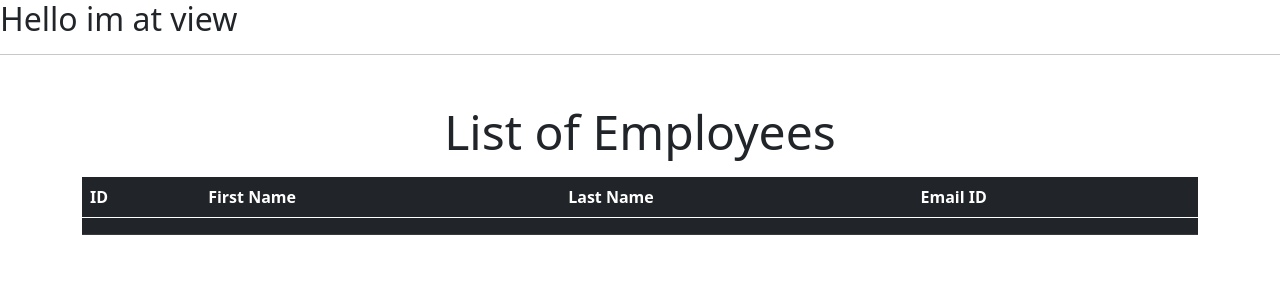
Repository: valletivarish/monojsp
Page: http://localhost/07-mvc-demo/student
The author's editor kept a copy of each file at every save. The page is drawn from the files as they stood at one save, then again after the next save.
The browser window is 1280 px wide. The pictures show the whole page.
The page is served by Tomcat 9.

Above is the page before, as saved 2024-07-16 07:36:14.

After the next save:
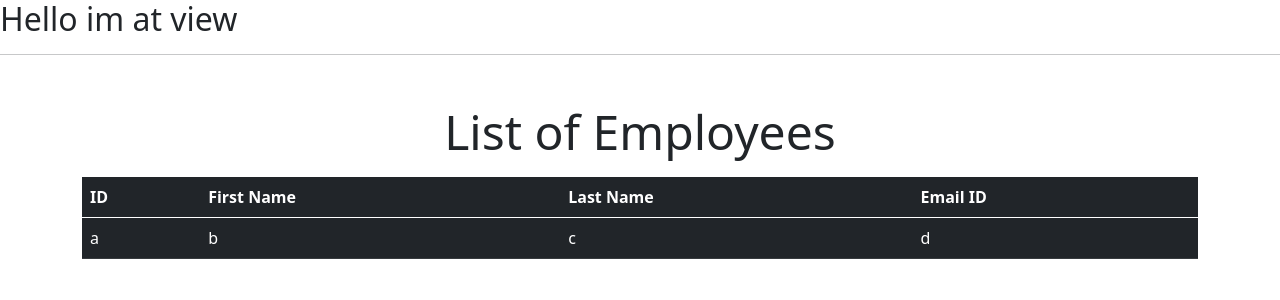
Saved 4 min 15 s later.
--- a/07-mvc-demo/WebContent/view-student.jsp
+++ b/07-mvc-demo/WebContent/view-student.jsp
@@ -32,10 +32,14 @@
         <tbody>
         <c:forEach var="student" items="${StudentList}">
             <tr>
-                <td>${student.getID()}</td>
+<%--                 <td>${student.getID()}</td>
                 <td>${student.getFirstName()}</td>
                 <td>${student.getLastName()}</td>
-                <td>${student.getEmailID()}</td>
+                <td>${student.getEmailID()}</td> --%>
+                <td>a</td>
+                <td>b</td>
+                <td>c</td>
+                <td>d</td>
             </tr>
         </c:forEach>
         </tbody>
